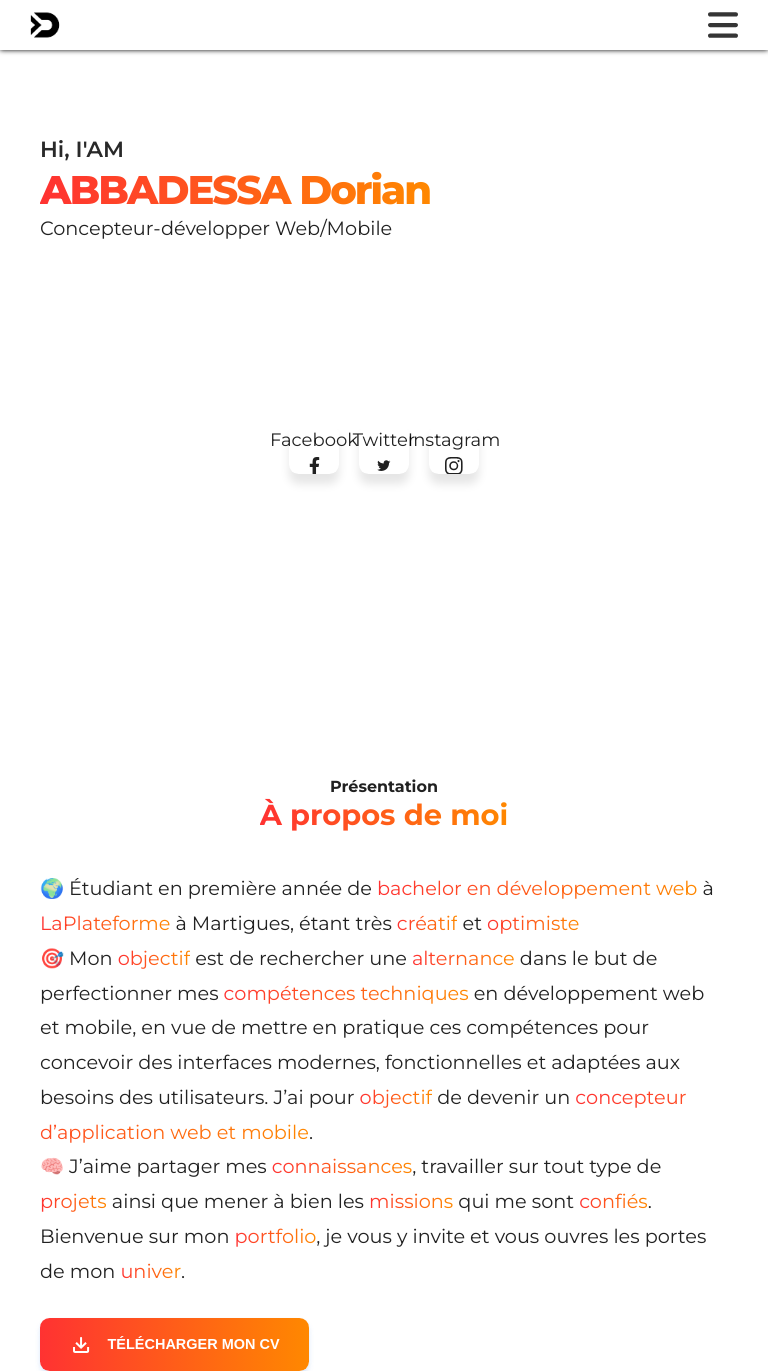
Repository: DorianABDS/Portfolio-ABBADESSA-Dorian
Page: index.html
These files come from the project's save history. The page is drawn as it stood at one moment and after the next save; the edit follows.
The browser window is 768 px wide. The pictures show the whole page.

Above is the page before, as saved 2024-11-27 20:36:12.

After the next save:
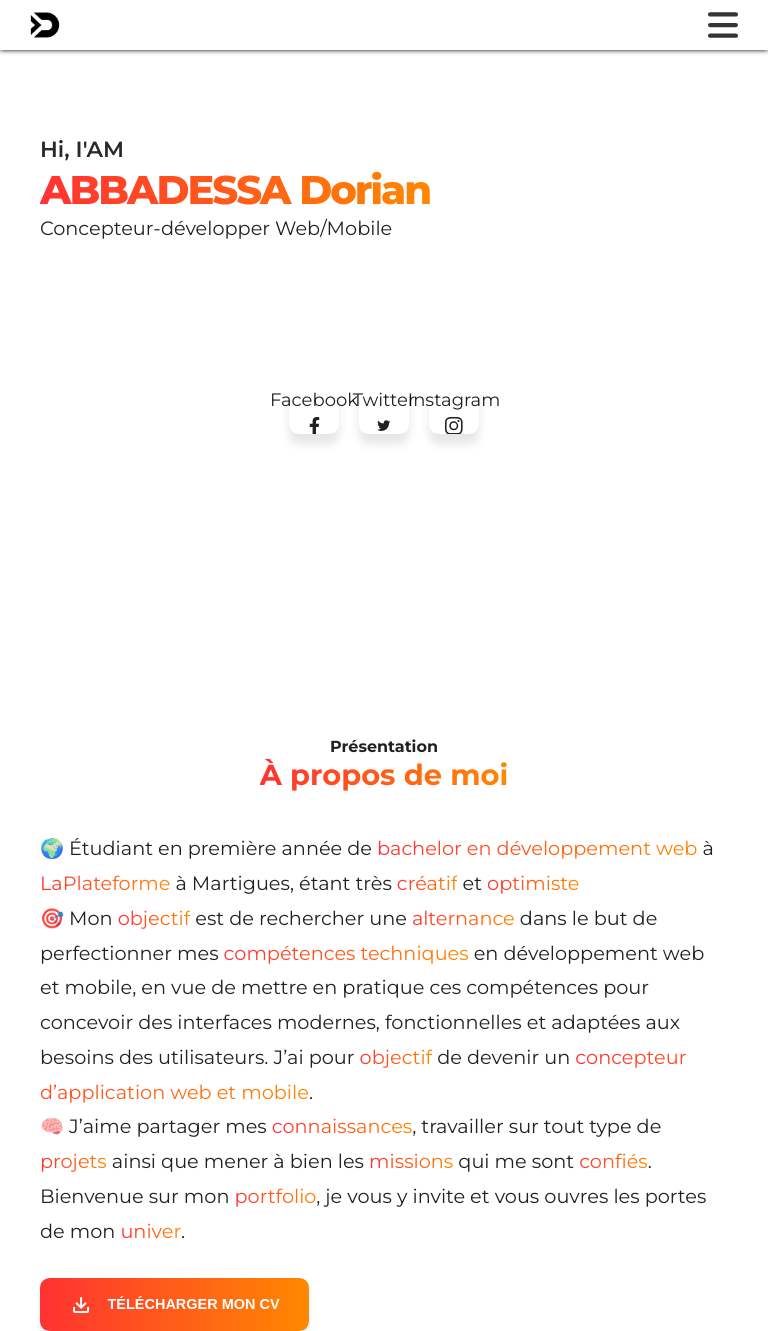
Saved 24 s later.
--- a/style.css
+++ b/style.css
@@ -344,7 +344,7 @@ button {
         -webkit-text-fill-color: transparent;
     }
 
-    .wrapper {
+    .wrapper-social {
         padding-top: 0;
     }
 
